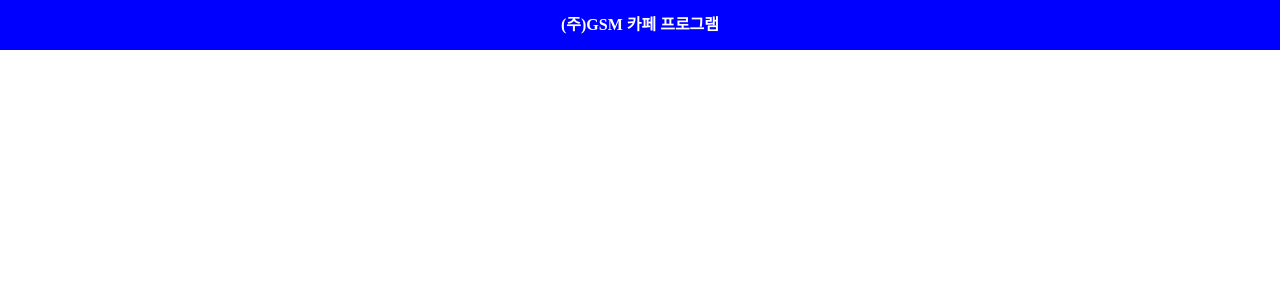
Repository: jiye-stingray/JSP
Page: http://localhost/Cafe/index.jsp
These files come from the project's save history. The page is drawn as it stood at one moment and after the next save; the edit follows.
The browser window is 1280 px wide. The pictures show the whole page.
The page is served by Tomcat 9. Other server files are loaded and not shown.

Above is the page before, as saved 2022-09-22 10:51:28.

### WithMIRA/Cafe/src/main/webapp/index.jsp
<%@ page language="java" contentType="text/html; charset=UTF-8"
    pageEncoding="UTF-8"%>
<!DOCTYPE html>
<html>
<head>
<meta charset="UTF-8">
<title>Insert title here</title>
</head>
<body>
<header style = "position:fixed; top: 0; left:0; width: 100%; height: 50px; text-align: center;
line-height: 50px; background-color: blue; color: white;">
<b> (주)GSM 카페 프로그램 </b>
</header>

<nav style = "position: fixed; top: 50px; left:0; height: 30px; width: 100%; text-align: center; line-height: 80px;">

</nav>

</body>
</html>

After the next save:
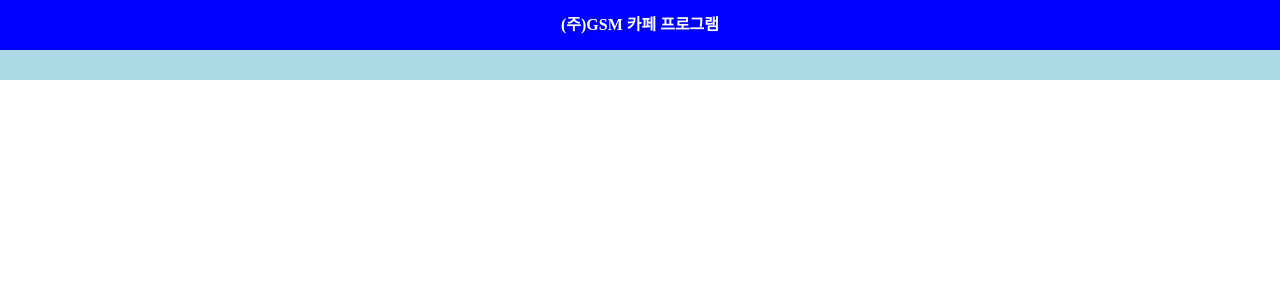
Saved 30 s later.
--- a/WithMIRA/Cafe/src/main/webapp/index.jsp
+++ b/WithMIRA/Cafe/src/main/webapp/index.jsp
@@ -12,7 +12,7 @@
 <b> (주)GSM 카페 프로그램 </b>
 </header>
 
-<nav style = "position: fixed; top: 50px; left:0; height: 30px; width: 100%; text-align: center; line-height: 80px;">
+<nav style = "position: fixed; top: 50px; left:0; height: 30px; width: 100%; text-align: center; line-height: 80px; background-color: lightblue;">
 
 </nav>
 
